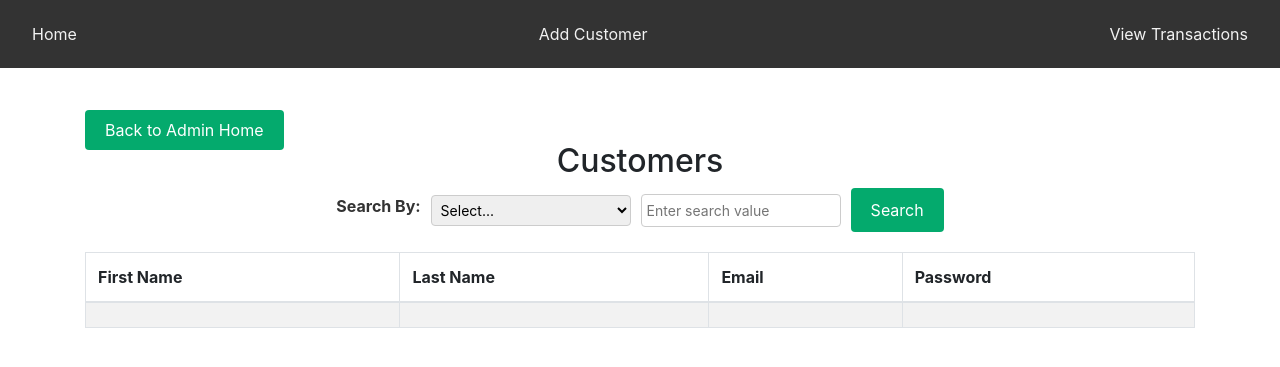
Repository: SuyashAwasthy/Javaee
Page: http://localhost/13-bank-application-mvc/viewCustomer.jsp
The author's editor kept a copy of each file at every save. The page is drawn from the files as they stood at one save, then again after the next save.
The browser window is 1280 px wide. The pictures show the whole page.
The page is served by Tomcat 9. Other server files are loaded and not shown. The template is opened directly, without the code that normally fills it, so the values that code supplies are empty.

Above is the page before, as saved 2024-07-22 10:26:07.

### 13-bank-application-mvc/WebContent/viewCustomer.jsp
<%@ page language="java" contentType="text/html; charset=UTF-8"
	pageEncoding="UTF-8"%>
<!DOCTYPE html>
<html>
<head>
<title>View Customers</title>
<link rel="stylesheet" href="css/styles.css">
<link rel="stylesheet" href="css/navbar.css">
<link rel="stylesheet"
	href="https://maxcdn.bootstrapcdn.com/bootstrap/4.0.0/css/bootstrap.min.css">
<style>
.container {
	margin-top: 50px;
}

.table {
	margin-top: 20px;
}
</style>
</head>
<body>
	<div class="navbar">
		<a href="adminHome.jsp">Home</a> <a href="addCustomer.jsp">Add
			Customer</a> <a
			href="viewTransaction.jsp">View Transactions</a>
	</div>
	<div class="container">
		<a href="adminHome.jsp" class="button">Back to Admin Home</a>
		<h2 class="text-center">Customers</h2>
		<form action="searchCustomer" method="get" class="search-form">
			<label for="searchBy">Search By:</label> <select id="searchBy"
				name="searchBy" required>
				<option value="">Select...</option>
				<option value="customerId">Customer ID</option>
				<option value="customerName">Customer Name</option>
			</select> <input type="text" id="searchValue" name="searchValue"
				placeholder="Enter search value" required>

			<button type="submit" class="btn">Search</button>
		</form>
		<div class="text-right mb-3"></div>
		<table class="table table-bordered table-striped">
			<thead>
				<tr>
					<th>First Name</th>
					<th>Last Name</th>
					<th>Email</th>
					<th>Password</th>
				</tr>
			</thead>
			<tbody>
				<c:forEach var="customer" items="${customers}">
					<tr>
						<td>${customer.firstName}</td>
						<td>${customer.lastName}</td>
						<td>${customer.email}</td>
						<td>${customer.passsword}</td>
					</tr>
				</c:forEach>
			</tbody>
		</table>
	</div>
</body>
</html>

### 13-bank-application-mvc/WebContent/css/styles.css
.button {
	margin-top: 20px;
  	padding: 10px 20px;
    background-color: #04AA6D;
    color: white;
    border: none;
    border-radius: 4px;
    font-size: 16px;
    cursor: pointer;
    transition: background-color 0.3s ease;

}

.button:hover {
    background-color: #45a049;
}

.date-form {
    margin-bottom: 20px;
    justify-content: center;
    align-items: center;
    display: flex;
}

.date-form label {
    margin-right: 10px;
    font-weight: bold;
    color: #333;
}

.date-form input[type="date"] {
    margin-right: 10px;
    padding: 5px;
    border-radius: 4px;
    border: 1px solid #ccc;
}

.date-form .btn {
    padding: 10px 20px;
    background-color: #04AA6D;
    color: white;
    border: none;
    border-radius: 4px;
    font-size: 16px;
    cursor: pointer;
    transition: background-color 0.3s ease;
}

.date-form .btn:hover {
    background-color: #45a049;
}

.search-form {
    margin-bottom: 20px;
    display: flex;
    justify-content: center;
    align-items: center;
}

.search-form label {
    margin-right: 10px;
    font-weight: bold;
    color: #333;
}

.search-form select,
.search-form input[type="text"] {
    margin-right: 10px;
    padding: 5px;
    border-radius: 4px;
    border: 1px solid #ccc;
    font-size: 14px;
    width: 200px;
}

.search-form .btn {
    padding: 10px 20px;
    background-color: #04AA6D;
    color: white;
    border: none;
    border-radius: 4px;
    font-size: 16px;
    cursor: pointer;
    transition: background-color 0.3s ease;
}

.search-form .btn:hover {
    background-color: #45a049;
}

### 13-bank-application-mvc/WebContent/css/navbar.css
.navbar {
    background-color: #333;
    overflow: hidden;
}

.navbar a {
    float: left;
    display: block;
    color: #f2f2f2;
    text-align: center;
    padding: 14px 16px;
    text-decoration: none;
}

.navbar a:hover {
    background-color: #ddd;
    color: black;
}

@media (max-width: 768px) {
    .card {
        width: calc(50% - 40px);
    }
}

@media (max-width: 480px) {
    .card {
        width: calc(100% - 40px);
    }

    h1 {
        font-size: 24px;
    }
}

After the next save:
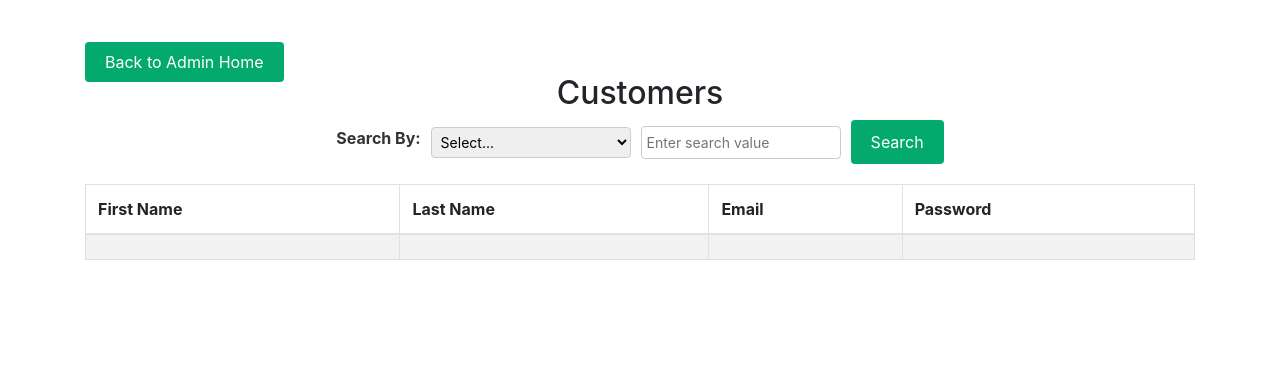
Saved 84 s later.
--- a/13-bank-application-mvc/WebContent/viewCustomer.jsp
+++ b/13-bank-application-mvc/WebContent/viewCustomer.jsp
@@ -19,11 +19,6 @@
 </style>
 </head>
 <body>
-	<div class="navbar">
-		<a href="adminHome.jsp">Home</a> <a href="addCustomer.jsp">Add
-			Customer</a> <a
-			href="viewTransaction.jsp">View Transactions</a>
-	</div>
 	<div class="container">
 		<a href="adminHome.jsp" class="button">Back to Admin Home</a>
 		<h2 class="text-center">Customers</h2>
